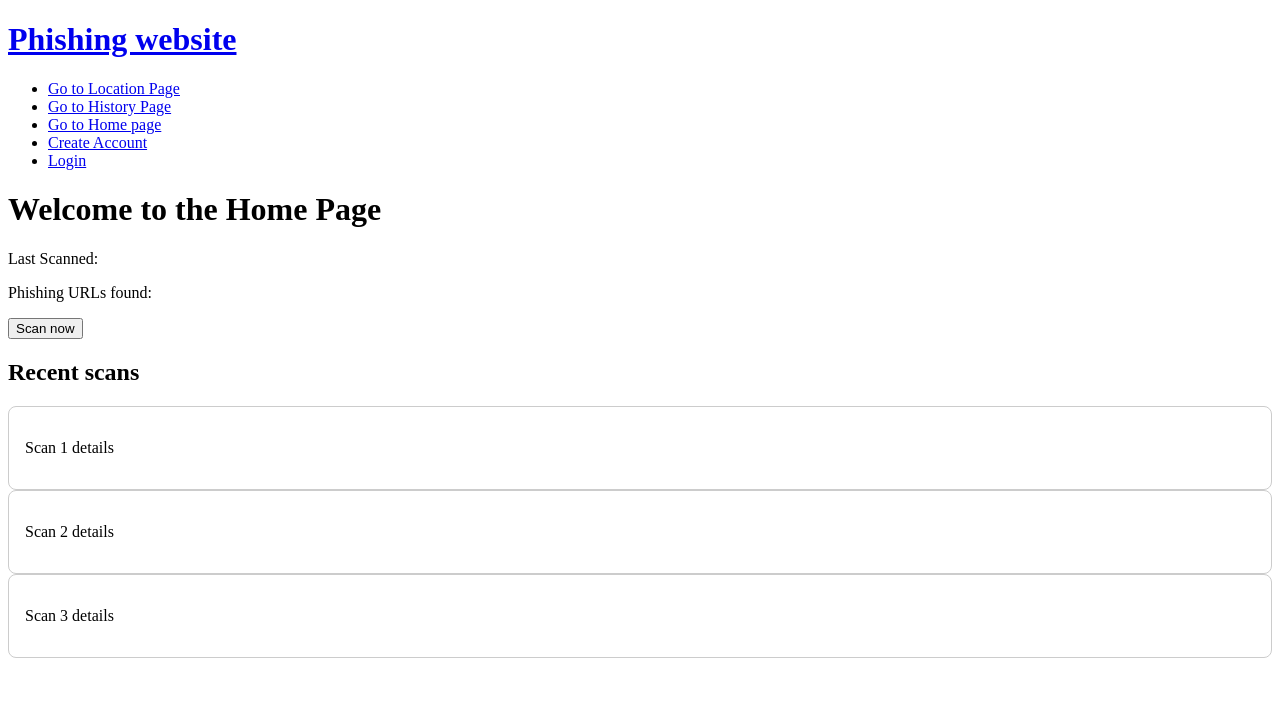
Repository: 2305199/Final-year-project
Page: / (app in frontend/)
These files come from the project's save history. The page is drawn as it stood at one moment and after the next save; the edit follows.
The browser window is 1280 px wide. The pictures show the whole page.
The project was rebuilt for these pictures with package versions that can differ from the ones it lists, and the page was loaded fresh each time. Also part of the build but not shown: frontend/vite.config.js, frontend/src/Location/Location.jsx, frontend/src/History/History.jsx, frontend/src/User/CreateAccount.jsx, frontend/src/User/Login.jsx.

Above is the page before, as saved 2026-01-29 00:46:15.

After the next save:
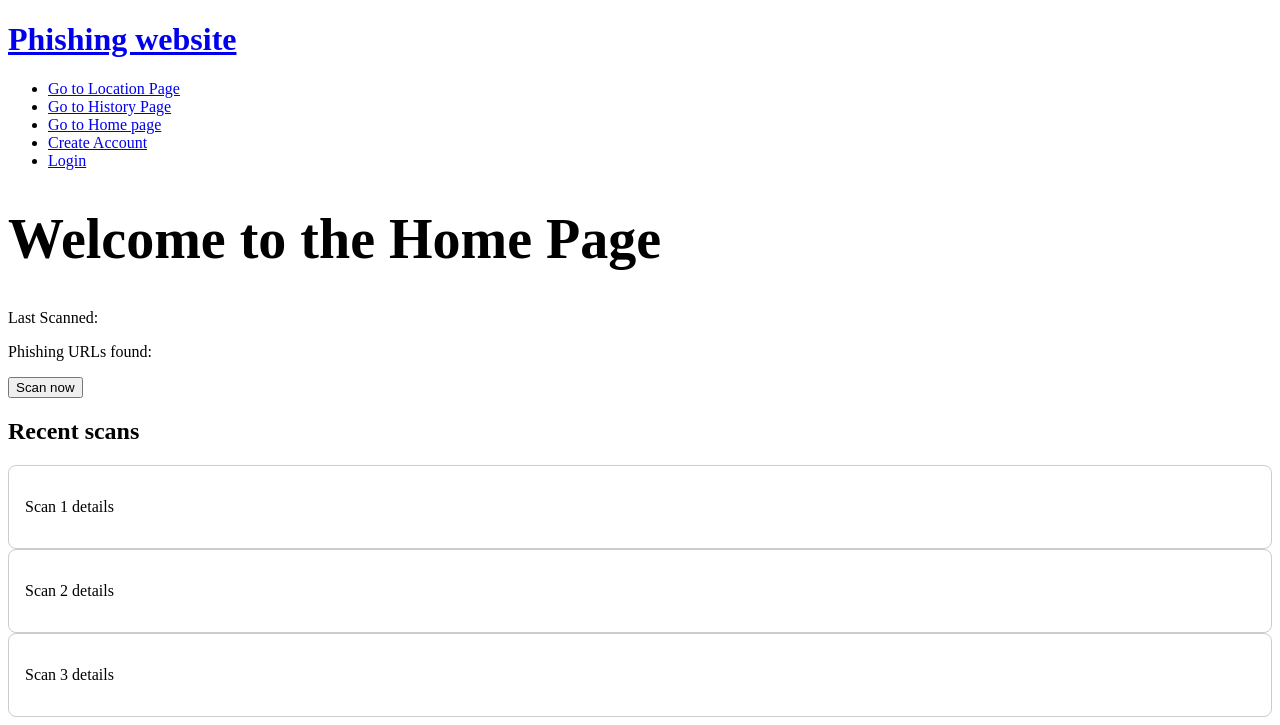
Saved 3 min 0 s later.
--- a/frontend/src/Home/Home.jsx
+++ b/frontend/src/Home/Home.jsx
@@ -1,7 +1,8 @@
 import styles from './Home.module.css'
 function Home() {
     return ( <div>
-    <h1>Welcome to the Home Page</h1>
+        <div className={styles.title}> <h1>Welcome to the Home Page</h1></div>
+
 
     <div className={styles.Box}>
         <div className={styles.card} ><p>Last Scanned:</p></div>
